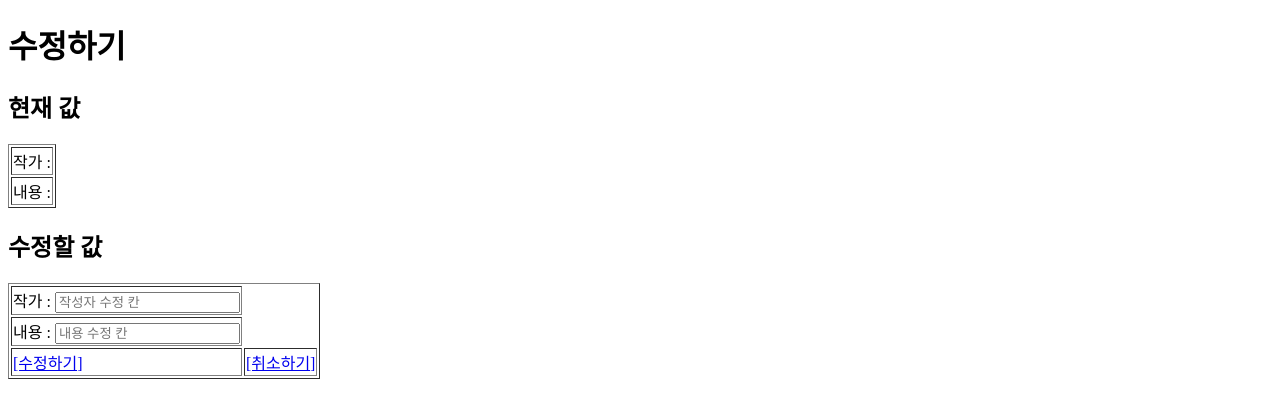
Repository: back-seung/academy
Page: http://localhost/SpringDay02_01_1/WEB-INF/views/BBS/listUpdate.jsp
These files come from the project's save history. The page is drawn as it stood at one moment and after the next save; the edit follows.
The browser window is 1280 px wide. The pictures show the whole page.
The page is served by Tomcat 9. Nobody is signed in. Other server files are loaded and not shown. The template is opened directly, without the code that normally fills it, so the values that code supplies are empty.

Above is the page before, as saved 2021-11-24 02:50:31.

### SpringDay02_01_1/src/main/webapp/WEB-INF/views/BBS/listUpdate.jsp
<%@ page language="java" contentType="text/html; charset=UTF-8"
	pageEncoding="UTF-8"%>
<!DOCTYPE html>
<html>
<head>
<meta charset="UTF-8">
<title>Insert title here</title>
</head>
<body>
	<h1>수정하기</h1>
	<h2>현재 값</h2>
	<table border="1">
		<tr>
			<td>작가 : ${oneData.author}</td>
		</tr>
		<tr>
			<td>내용 : ${oneData.info}</td>
		</tr>
	</table>
	<h2>수정할 값</h2>
	<table border="1">
		<tr>
			<td colspan="2">작가 : <input type="text" name="author"
				placeholder="작성자 수정 칸" />
			</td>
		</tr>
		<tr>
			<td colspan="2">내용 : <input type="text" name="info"
				placeholder="내용 수정 칸" /></td>
		</tr>
		<tr>
			<td colspan="2"><a href="inputList">[수정하기]</a></td>
			<td colspan="2"><a href="inputList">[취소하기]</a></td>
		</tr>
	</table>
</body>
</html>

After the next save:
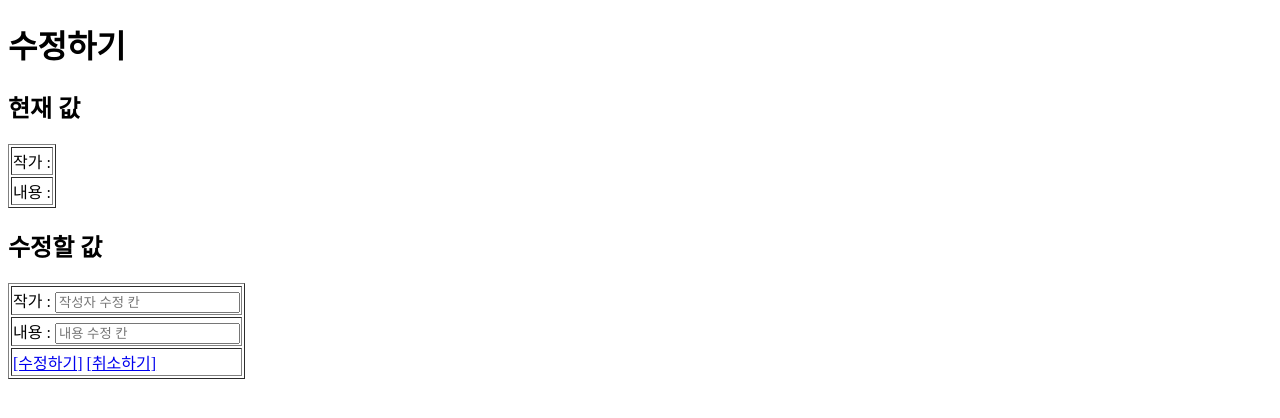
Saved 28 s later.
--- a/SpringDay02_01_1/src/main/webapp/WEB-INF/views/BBS/listUpdate.jsp
+++ b/SpringDay02_01_1/src/main/webapp/WEB-INF/views/BBS/listUpdate.jsp
@@ -29,8 +29,8 @@
 				placeholder="내용 수정 칸" /></td>
 		</tr>
 		<tr>
-			<td colspan="2"><a href="inputList">[수정하기]</a></td>
-			<td colspan="2"><a href="inputList">[취소하기]</a></td>
+			<td colspan="2"><a href="inputList">[수정하기]</a>
+<a href="inputList">[취소하기]</a></td>
 		</tr>
 	</table>
 </body>
